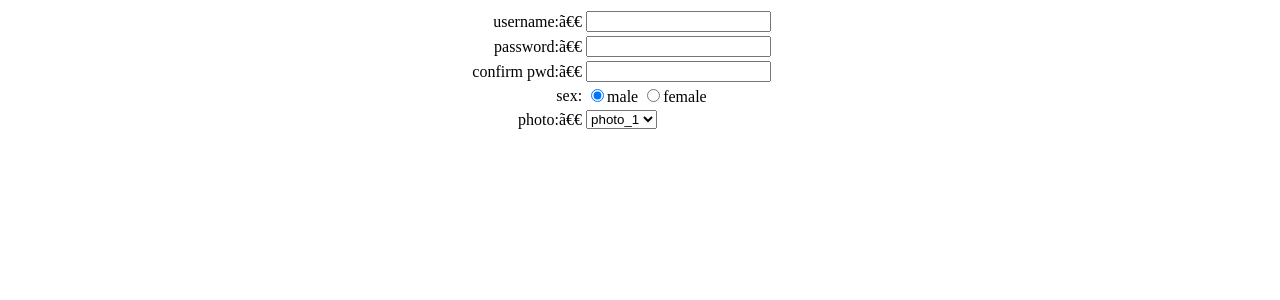
Repository: GetHubByYc/MyEclipse
Page: http://localhost/CheckLogin/reg.jsp
The author's editor kept a copy of each file at every save. The page is drawn from the files as they stood at one save, then again after a run of saves.
The browser window is 1280 px wide. The pictures show the whole page.
The page is served by Tomcat 9.

Above is the page before, as saved 2015-11-13 14:15:22.

After the next 2 saves:
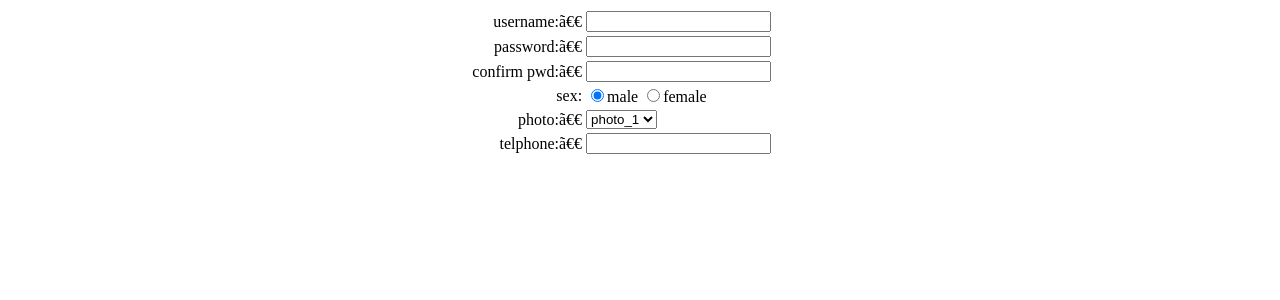
The 2 saves are shown as one change because they came seconds apart.
The last was saved 45 s later.
--- a/CheckLogin/WebRoot/reg.jsp
+++ b/CheckLogin/WebRoot/reg.jsp
@@ -49,6 +49,10 @@
 
     		</td>
     	</tr>
+    	<tr>
+    		<td align="right">telphone:　</td>
+    		<td><input type="text" name="tel" ></td>
+    	</tr>
     </table>
   </body>
 </html>
